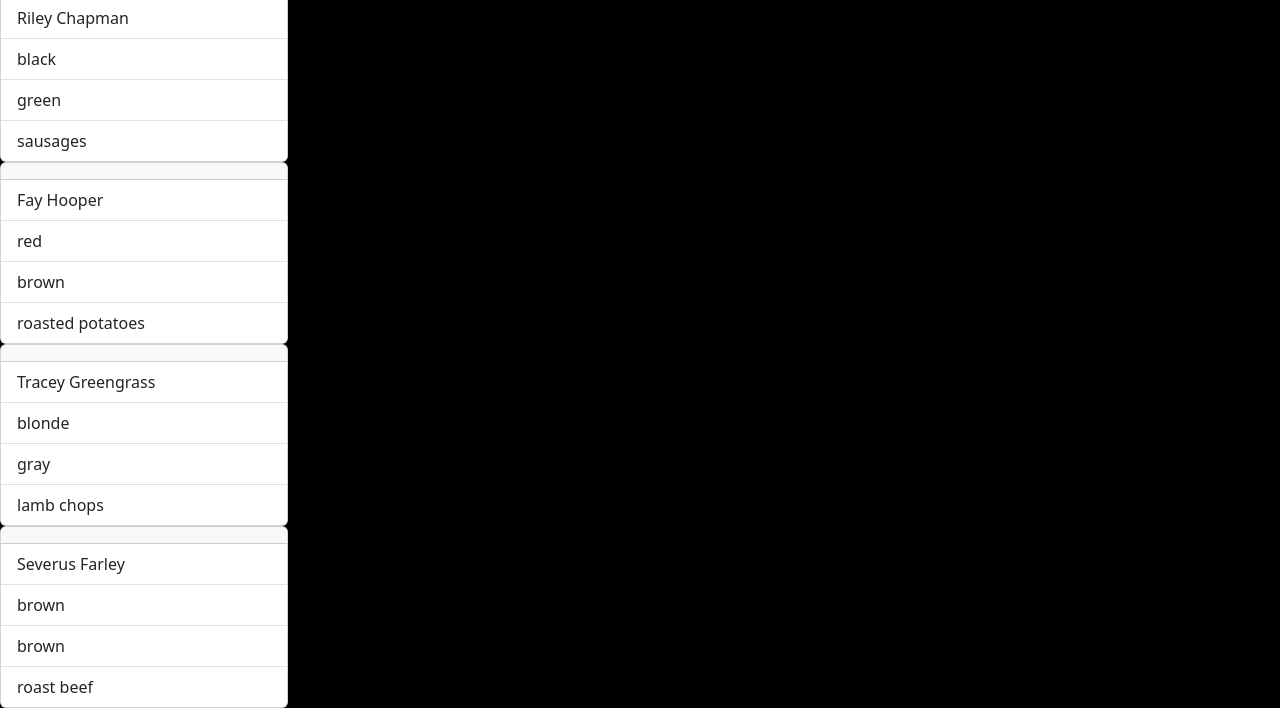
Repository: jontslater/INDIVIDUAL-PROJECT-sorting-hat
Page: index.html
The author's editor kept a copy of each file at every save. The page is drawn from the files as they stood at one save, then again after the next save.
The browser window is 1280 px wide. The pictures show the part of the page from y = 541 to 1473 px (the page is 1249 px tall before and 1473 px after).
A picture or video elsewhere on the page could not be fetched, so the positions and the page height are approximate.

Above is the page before, as saved 2023-10-30 20:00:31.

### index.html
<!DOCTYPE html>
<html lang="en">
<head>
  <meta charset="UTF-8">
  <meta name="viewport" content="width=device-width, initial-scale=1.0">
  <title>SortingHat</title>

  <link href="https://cdn.jsdelivr.net/npm/bootstrap@5.3.2/dist/css/bootstrap.min.css" rel="stylesheet" integrity="sha384-T3c6CoIi6uLrA9TneNEoa7RxnatzjcDSCmG1MXxSR1GAsXEV/Dwwykc2MPK8M2HN" crossorigin="anonymous">
  <link rel="stylesheet" href="main.css">
</head>
<body>
  <div class="card">
    <div class="card-header">
      <img src="https://media.tenor.com/vkDuuNm40XoAAAAd/hogwarts-legacy-warner-bros-interactive-entertainment.gif" alt="">
    </div>
    <div class="card-body">
      <h5 class="card-title">Hello, I am the sorting hat!</h5>
      <p class="card-text">Right. Right then. Hmmmm. Right.... You are going to house .... </p>
      <button id="btn">Click here</button>
      <form id="form" class="names">
       <input type="text" id="firstLast" />First Name
       <input type="text" id="firstLast" />Last Name
       <input type="text" id="firstLast" />Hair color
       <input type="text" id="firstLast" />Eye color
       <input type="text" id="firstLast" />Favorite food
       <button type="submit" class="btn btn-primary">Enter House</button>
     </form>

    </div>
  </div>



  <div>

  </div>



  <div id="app"></div>

  <script src="https://cdn.jsdelivr.net/npm/bootstrap@5.3.2/dist/js/bootstrap.bundle.min.js" integrity="sha384-C6RzsynM9kWDrMNeT87bh95OGNyZPhcTNXj1NW7RuBCsyN/o0jlpcV8Qyq46cDfL" crossorigin="anonymous"></script>
  <script src="main.js"></script>
</body>
</html>

### main.js
const students =[
  {
    id: 1,
    firstName: "Riley",
    lastName: "Chapman",
    hairColor: "black",
    eyeColor: "green",
    favoriteFood: "sausages",
  },
  {
    id: 2,
    firstName: "Fay",
    lastName: "Hooper",
    hairColor: "red",
    eyeColor: "brown",
    favoriteFood: "roasted potatoes",
  },
  {
    id: 3,
    firstName: "Tracey",
    lastName: "Greengrass",
    hairColor: "blonde",
    eyeColor: "gray",
    favoriteFood: "lamb chops",
  },
  {
    id: 3,
    firstName: "Severus",
    lastName: "Farley",
    hairColor: "brown",
    eyeColor: "brown",
    favoriteFood: "roast beef",
  }
]
const app = document.querySelector("#app");
const btn = document.querySelector("#btn");

const renderToDom = (Students) =>{

  let domString = "";

  for(let student of students){

    domString += `<div class="card" style="width: 18rem;">
    <div class="card-header">
    </div>
    <ul class="list-group list-group-flush">
      <li class="list-group-item">${student.firstName} ${student.lastName}
      <li class="list-group-item">${student.hairColor}
      <li class="list-group-item">${student.eyeColor}
      <li class="list-group-item">${student.favoriteFood}
    </ul>
  </div>`
  }
  const app = document.querySelector("#app")
  app.innerHTML = domString
}

renderToDom(students)

btn.addEventListener("click", () => {
  const form = document.querySelector("form");

  if(form.style.display === "none"){
    form.style.display = "block";
  }else{
    form.style.display = "none";
  }
});

const form = document.querySelector("form");

const createStudent = (event) => {
  event.preventDefault();

  const newStudent = {
    id: students.length +1,
    firstName: document.querySelector("#firstName").value,
    lastName: document.querySelector("#lastName").value,
    hairColor: document.querySelector("hairColor").value,
    eyeColor: document.querySelector("#eyeColor").value,
    favoriteFood: document.querySelector("#favoriteFood").value,
  }
  students.push(newStudent);
  renderToDom(students);
  form.reset();
}
form.addEventListener("submit", createStudent)

Loaded but not shown: main.css (common file)

After the next save:
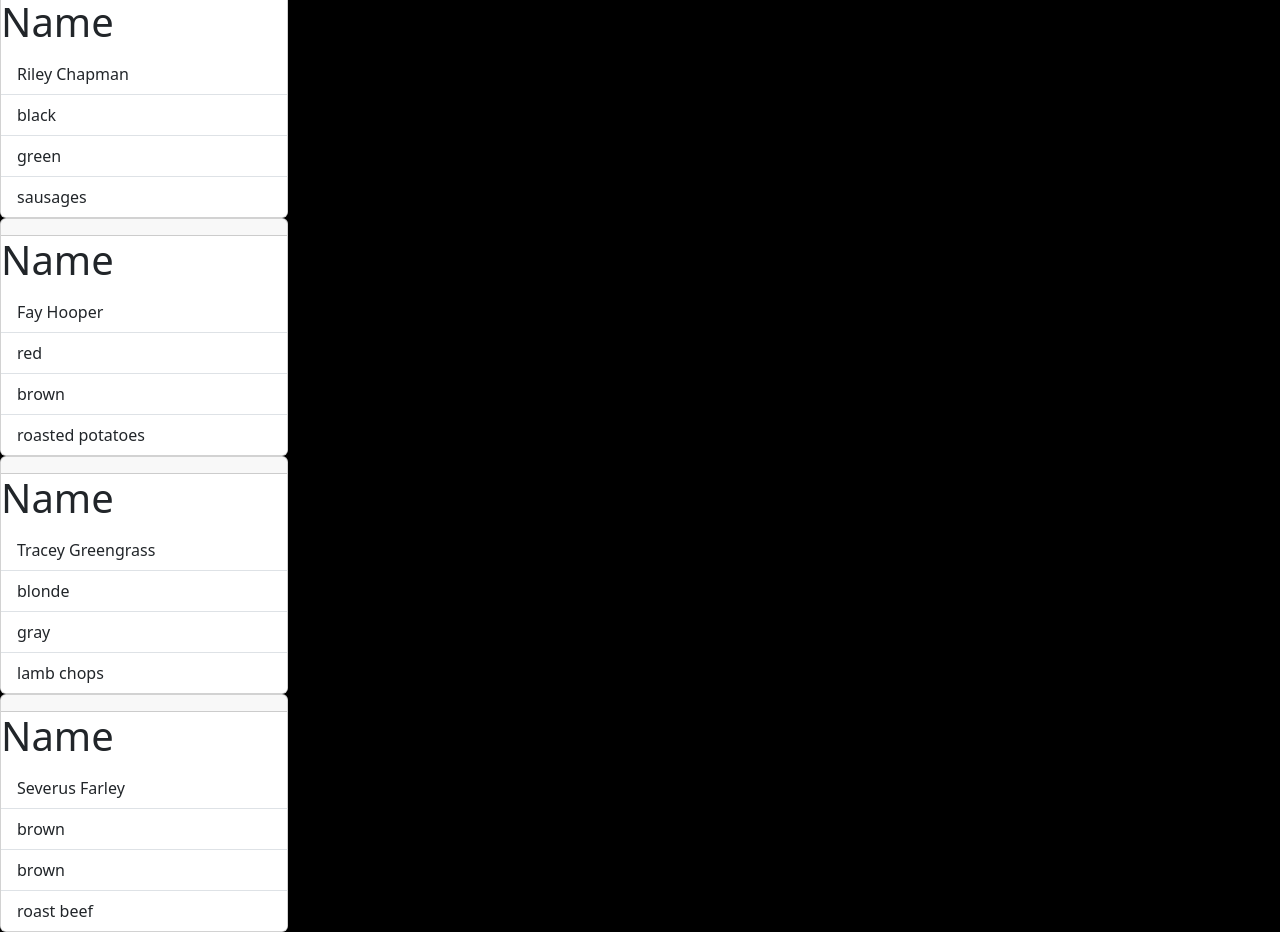
Saved 2 min 25 s later.
--- a/main.js
+++ b/main.js
@@ -45,6 +45,7 @@
     <div class="card-header">
     </div>
     <ul class="list-group list-group-flush">
+      <h1>Name</h1>
       <li class="list-group-item">${student.firstName} ${student.lastName}
       <li class="list-group-item">${student.hairColor}
       <li class="list-group-item">${student.eyeColor}
